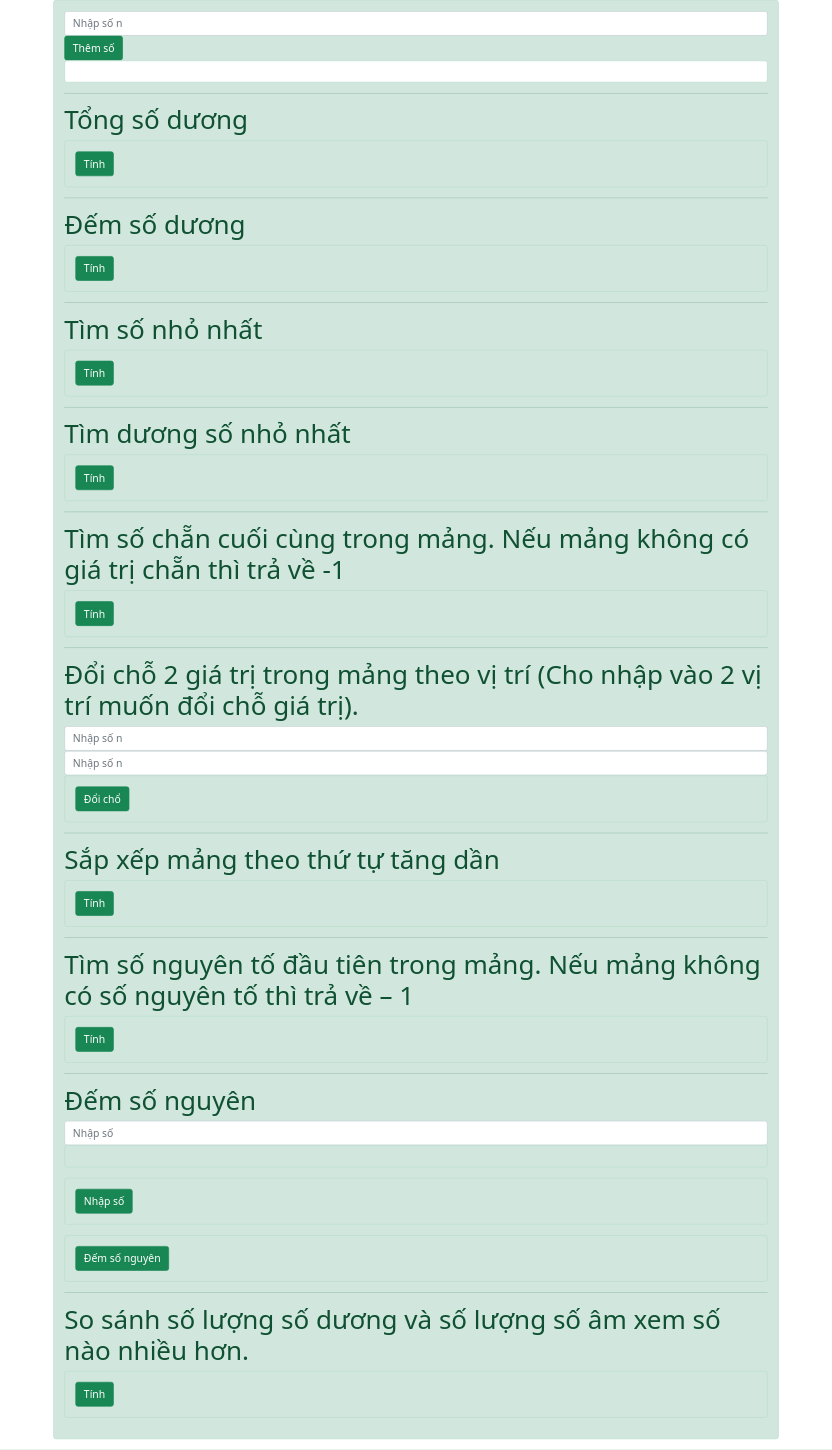
Repository: qkhanh1104k/Js-buoi7-8
Page: index.html
An editor plug-in stored every save of this project. The page is shown before and after the next save, followed by the edit.
The browser window is 1280 px wide. The pictures show the whole page, at 65% of full size.

Above is the page before, as saved 2022-07-27 19:06:07.

### index.html
<!DOCTYPE html>
<html lang="en">
  <head>
    <meta charset="UTF-8" />
    <meta http-equiv="X-UA-Compatible" content="IE=edge" />
    <meta name="viewport" content="width=device-width, initial-scale=1.0" />
    <title>Document</title>
    <link
      href="https://cdn.jsdelivr.net/npm/bootstrap@5.1.3/dist/css/bootstrap.min.css"
      rel="stylesheet"
      integrity="sha384-1BmE4kWBq78iYhFldvKuhfTAU6auU8tT94WrHftjDbrCEXSU1oBoqyl2QvZ6jIW3"
      crossorigin="anonymous"
    />
  </head>
  <body>
    <div class="container">
      <div>
        <div class="alert alert-success">
          <input
            type="text"
            placeholder="Nhập số n"
            id="txtNum"
            class="form-control"
          />
          <button class="btn btn-success" onclick="addNum()">Thêm số</button>
          <div
            class="alert alert-success"
            id="resultBt1"
            style="background-color: #fff"
          ></div>
          <hr />
          <h1>Tổng số dương</h1>
          <div>
            <div class="alert alert-success" id="resBt2">
              <button class="btn btn-success" onclick="calcSumNegative()">
                Tính
              </button>
            </div>
          </div>
          <hr />
          <h1>Đếm số dương</h1>
          <div>
            <div class="alert alert-success" id="resBt3">
              <button class="btn btn-success" onclick="calcCountNegative()">
                Tính
              </button>
            </div>
          </div>
          <hr />
          <h1>Tìm số nhỏ nhất</h1>
          <div>
            <div class="alert alert-success" id="resBt4">
              <button class="btn btn-success" onclick="calcTheSmallest()">
                Tính
              </button>
            </div>
          </div>
          <hr />
          <h1>Tìm dương số nhỏ nhất</h1>
          <div>
            <div class="alert alert-success" id="resBt5">
              <button class="btn btn-success" onclick="calcTheSmallestNev()">
                Tính
              </button>
            </div>
          </div>
          <!-- bt5 -->
          <hr />
          <h1>
            Tìm số chẵn cuối cùng trong mảng. Nếu mảng không có giá trị chẵn thì
            trả về -1
          </h1>
          <div>
            <div class="alert alert-success" id="resBt6">
              <button class="btn btn-success" onclick="findLastEven()">
                Tính
              </button>
            </div>
          </div>
          <!-- bt6 -->
          <hr />
          <h1>
            Đổi chỗ 2 giá trị trong mảng theo vị trí (Cho nhập vào 2 vị trí muốn
            đổi chỗ giá trị).
          </h1>
          <div>
            <input
              type="text"
              placeholder="Nhập số n"
              id="txtNumBt6"
              class="form-control"
            />
            <input
              type="text"
              placeholder="Nhập số n"
              id="txtNumBt62"
              class="form-control"
            />
            <div class="alert alert-success" id="resBt7">
              <button class="btn btn-success" onclick="swappedNum()">
                Đổi chổ
              </button>
            </div>
          </div>
          <!-- bt7 -->
          <hr>
          <h1>Sắp xếp mảng theo thứ tự tăng dần</h1>
          <div>
            <div class="alert alert-success" id="resBt8">
              <button class="btn btn-success" onclick="rangeMoveUp()">Tính</button>
            </div>
          </div>
          <!-- bt8 -->
          <hr />
          <h1>
            Tìm số nguyên tố đầu tiên trong mảng. Nếu mảng không có số nguyên tố thì trả về – 1
          </h1>
          <div>
            <div class="alert alert-success" id="resBt9">
              <button class="btn btn-success" onclick="findFirst()">
                Tính
              </button>
            </div>
          </div>
          <!-- bt9 -->
          <hr>
          <h1>
          Đếm số nguyên
          </h1>
          <div>
            <input
              type="text"
              placeholder="Nhập số "
              id="txtNumBt9"
              class="form-control"
            />
            <div class="alert alert-success" id="resBt10"></div>
            <div class="alert alert-success">

              <button class="btn btn-success" onclick="pushNum()">
                Nhập số
              </button>
              <div style="background-color:#fff ;"></div>
            </div>
            <div class="alert alert-success" id="resBt101">
              <button class="btn btn-success" onclick="countInt()">
                Đếm số nguyên
              </button>
              <div style="background-color:#fff ;"></div>
            </div>
          </div>
          <hr>
          <h1> So sánh số lượng số dương và số lượng số âm xem số nào nhiều hơn.</h1>
          <div>
            <div class="alert alert-success" id="resBt11">
              <button class="btn btn-success" onclick="comparisonsNum()">Tính</button>
            </div>
          </div>
        </div>
      </div>
    </div>
    <script src="./index.js"></script>
  </body>
</html>

### index.js
var txtNum = [];
function addNum() {
  var inputNum = document.getElementById("txtNum").value * 1;
  txtNum.push(inputNum);
  document.getElementById("resultBt1").innerHTML = txtNum;
}
// ex1:tính tổng số dương
function calcSumNegative() {
  var sum = 0;
  for (var i = 0; i < txtNum.length; i++) {
    if (txtNum[i] > 0) {
      sum += txtNum[i];
    }
  }
  document.getElementById("resBt2").innerHTML = sum;
}
// ex2:đếm só dương
function calcCountNegative() {
  var sum = 0;
  for (var i = 0; i < txtNum.length; i++) {
    if (txtNum[i] > 0) {
      sum++;
    }
  }
  document.getElementById("resBt3").innerHTML = sum;
}
// ex3:tìm số nhỏ nhất
function calcTheSmallest() {
  var min = txtNum[0];
  for (var i = 1; i < txtNum.length; i++) {
    if (min > txtNum[i]) {
      min = txtNum[i];
    }
  }
  document.getElementById("resBt4").innerHTML = min;
}
// ex 4:tìm số dương nhỏ nhất
function calcTheSmallestNev() {
  var min = 1;
  for (var i = 0; i < txtNum.length; i++) {
    if (min > txtNum[i] && txtNum[i] > 0) {
      min = txtNum[i];
    }
  }
  document.getElementById("resBt5").innerHTML = min;
}

// ex5:Tìm số chẵn cuối cùng trong mảng. Nếu mảng không có giá trị chẵn thì trả về -1.
function findLastEven() {
  var num1 = 0;
  for (var i = txtNum.length - 1; i >= 0; i--) {
    //i= 5
    if (txtNum[i] % 2 == 0) {
      num1 = txtNum[i];
      break;
    } else {
      num1 = -1;
    }
  }
  document.getElementById("resBt6").innerHTML = num1;
}

// ex6:Đổi chỗ 2 giá trị trong mảng theo vị trí (Cho nhập vào 2 vị trí muốn đổi chỗ giá trị).
function swappedNum() {
  var k = +document.getElementById("txtNumBt6").value;
  var g = +document.getElementById("txtNumBt62").value;
  var num1 = txtNum[k];
  txtNum[k] = txtNum[g];
  txtNum[g] = num1;
  document.getElementById("resBt7").innerHTML = txtNum;
}
// ex7:Sắp xếp mảng theo thứ tự tăng dần.

function rangeMoveUp() {
  for (var k = txtNum.length - 1; k >= 0; k--) {
    var isSwapped = false;
    for (var i = 0; i < k; i++) {
      if (txtNum[i] > txtNum[i + 1]) {
        var temp = txtNum[i];
        txtNum[i] = txtNum[i + 1];
        txtNum[i + 1] = temp;
        isSwapped = true;
      }
    }
    if (isSwapped === false) {
      document.getElementById("resBt8").innerHTML = txtNum;
      return;
    }
  }
  document.getElementById("resBt8").innerHTML = txtNum;
}
// ex8;Tìm số nguyên tố đầu tiên trong mảng. Nếu mảng không có số nguyên tố thì trả về – 1.
function findPrime(n) {
  //flag = 0 => không phải số nguyên tố
  //flag = 1 => số nguyên tố
  let flag = 1;
  if (n < 2){
    return (flag = 0); /*Số nhỏ hơn 2 không phải số nguyên tố => trả về 0*/
  }
  /*Sử dụng vòng lặp while để kiểm tra có tồn tại ước số nào khác không*/
  let i = 2;
  while (i < n) {
    if (n % i == 0) {
      flag = 0;
      break; /*Chỉ cần tìm thấy 1 ước số là đủ và thoát vòng lặp*/
    }
    i++;
  }
  return flag;
}
/*Tìm số nguyên tố trong mảng*/
function findFirst(){
  var num1 =0;
  for (let i = 0; i < txtNum.length; i++) {
    if (findPrime(txtNum[i]) == 1){
      num1 = txtNum[i];
      break;
    }else{
      num1 = -1;
    }
  }
  document.getElementById("resBt9").innerHTML = num1;

}
// ex9:Nhập thêm 1 mảng số thực, tìm xem trong mảng có bao nhiêu số nguyên?
var arrInt = [];
function pushNum() {
  var inputNum = document.getElementById("txtNumBt9").value * 1;
  arrInt.push(inputNum);
  document.getElementById("resBt10").innerHTML = arrInt;
}
function countInt() {
  var sum = 0;
  for (var i = 0; i < arrInt.length; i++) {
    if (Number.isInteger(arrInt[i]) === true) {
      sum++;
    }
  }
  document.getElementById("resBt101").innerHTML = sum;
}
// ex10: So sánh số lượng số dương và số lượng số âm xem số nào nhiều hơn.
function comparisonsNum() {
  var sumNeg = 0;
  var sumPos = 0;
  for (var i = 0; i < txtNum.length; i++) {
    if (txtNum[i] > 0) {
      sumPos++;
    } else {
      sumNeg++;
    }
  }
  if (sumNeg === sumPos) {
    document.getElementById("resBt11").innerHTML = "Số âm = số dương ";
  } else if (sumNeg > sumPos) {
    document.getElementById("resBt11").innerHTML = "Số âm > số dương ";
  } else {
    document.getElementById("resBt11").innerHTML = "Số âm < số dương ";
  }
}

After the next save:
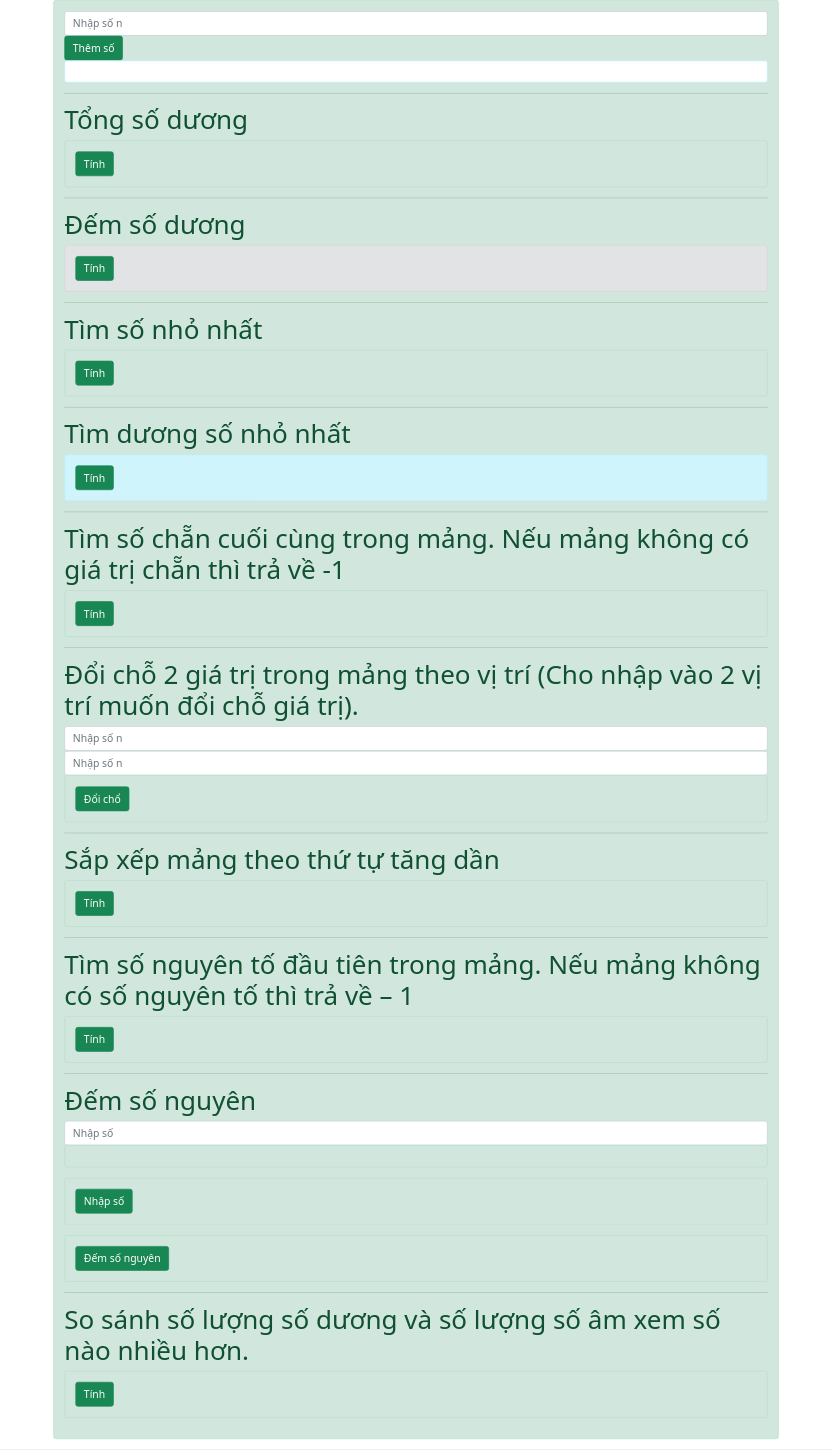
Saved 4 min 2 s later.
--- a/index.html
+++ b/index.html
@@ -24,7 +24,7 @@
           />
           <button class="btn btn-success" onclick="addNum()">Thêm số</button>
           <div
-            class="alert alert-success"
+            class="alert alert-info"
             id="resultBt1"
             style="background-color: #fff"
           ></div>
@@ -40,7 +40,7 @@
           <hr />
           <h1>Đếm số dương</h1>
           <div>
-            <div class="alert alert-success" id="resBt3">
+            <div class="alert alert-secondary" id="resBt3">
               <button class="btn btn-success" onclick="calcCountNegative()">
                 Tính
               </button>
@@ -58,7 +58,7 @@
           <hr />
           <h1>Tìm dương số nhỏ nhất</h1>
           <div>
-            <div class="alert alert-success" id="resBt5">
+            <div class="alert alert-info" id="resBt5">
               <button class="btn btn-success" onclick="calcTheSmallestNev()">
                 Tính
               </button>
